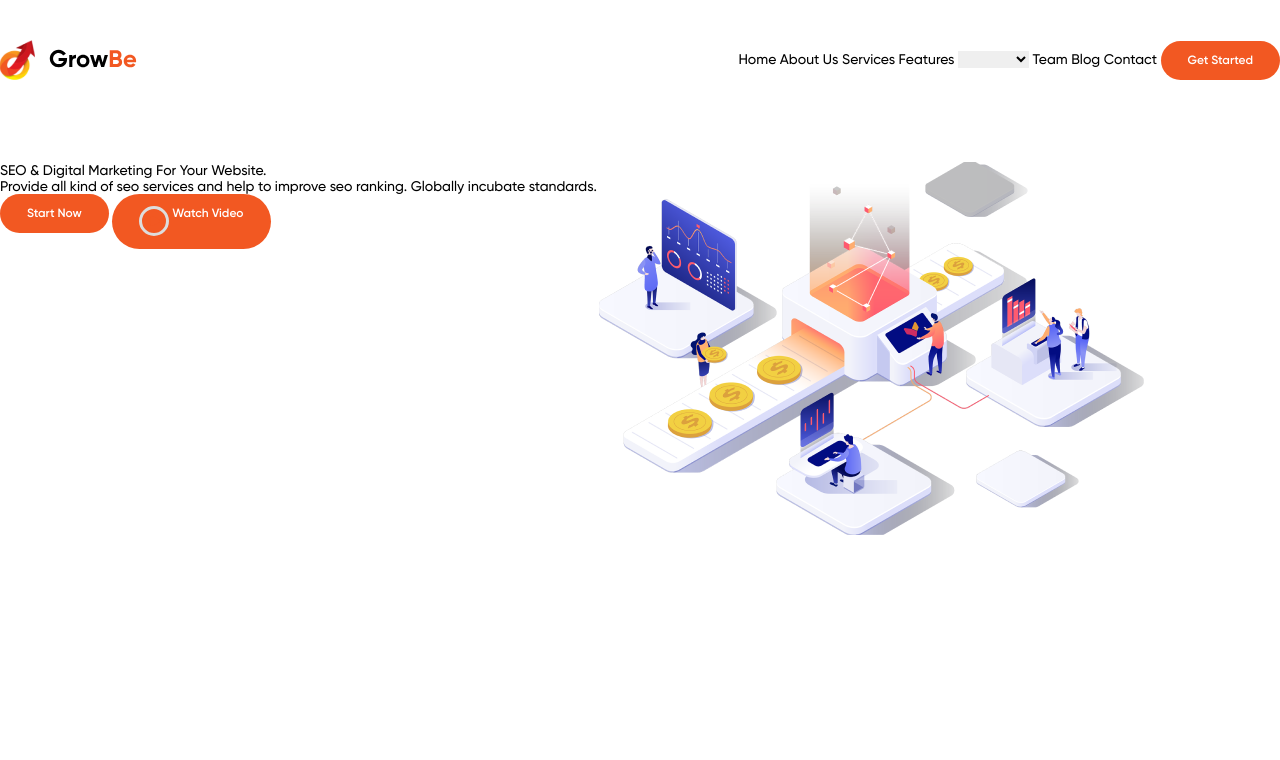
Repository: Alekseiy1980/GrowBe
Page: index.html
The author's editor kept a copy of each file at every save. The page is drawn from the files as they stood at one save, then again after the next save.
The browser window is 1280 px wide. The pictures show the whole page.

Above is the page before, as saved 2024-01-20 13:07:17.

### index.html
<!DOCTYPE html>
<html lang="en">
<head>
    <meta charset="UTF-8">
    <meta name="viewport" content="width=device-width, initial-scale=1.0">

    <link rel="stylesheet" href="css/reset.css">
    <link rel="stylesheet" href="css/style.css">
    <title>GrowBe</title>
</head>
<body>
    <header>
        <div class="menu_bar">
            <div class="logo">
                <a class="logo-link" href="#">
                    <img src="/img/Logo.svg"  />
                </a>
            </div>
            <nav>
                <a class="menu menu_activ" href="@">Home</a>
                <a class="menu" href="@"> About Us</a>
                <a class="menu" href="@">Services</a>
                <label class="menu menu_label" for="pet-select">Features</label>
                    <select name="pets" id="pet-select">
                    <option value=""></option>
                    <option value="dog">Dog</option>
                    <option value="cat">Cat</option>
                    <option value="hamster">Hamster</option>
                    <option value="parrot">Parrot</option>
                    <option value="spider">Spider</option>
                    <option value="goldfish">Goldfish</option>
                    </select>

                <a class="menu" href="@">Team</a>
                <a class="menu" href="@">Blog</a>
                <a class="menu" href="@">Contact</a>
                <button class="btn_menu" type="button">Get Started</button>
            </nav>
        </div>


        <div class="home_meta">
            <div class="nome_content">
                <div class="home_title">
                    <h1>SEO & Digital <span>Marketing</span>  For Your Website.</h1>
                </div>
            <div class="sub_title">
                <p>Provide all kind of seo services and help to improve seo ranking. Globally incubate standards.</p>
            </div>
            <div class="btn_meta">
                <button class="btn_menu" type="button">Start Now</button>
                <button class="btn_menu" type="button">
                        <img
                            src="img/play.svg"
                            alt="play"
                            />
                    Watch Video</button>
            </div>
            </div>
            <div class="home_img">
                <img src="img/home_Image.png" alt="">
            </div>
        </div>
    </header>
</body>
</html>

### css/reset.css

* {
    padding: 0;
    margin: 0;
    border: 0;
}

*,
*::before,
*::after {
    -moz-box-sizing: border-box;
    -webkit-box-sizing: border-box;
    box-sizing: border-box;
}

:focus,
:active {
    outline: none;
}

a:focus,
a:active {
    outline: none;
}

nav,
footer,
header,
aside {
    display: block;
}

html,
body {
    height: 100%;
    width: 100%;
    font-size: 100%;
    line-height: 1;
    font-size: 14px;
    -ms-text-size-adjust: 100%;
    -moz-text-size-adjust: 100%;
    -webkit-text-size-adjust: 100%;
}

input,
button,
textarea {
    font-family: inherit;
}

input::-ms-clear {
    display: none;
}

button {
    cursor: pointer;
}

button::-moz-focus-inner {
    padding: 0;
    border: 0;
}

a,
a:visited {
    text-decoration: none;
}

a:hover {
    text-decoration: none;
}

ul li {
    list-style: none;
}

img {
    vertical-align: top;
}

h1,
h2,
h3,
h4,
h5,
h6 {
    font-size: inherit;
    font-weight: 400;
}

### css/style.css
@font-face {
	font-family: 'Gilroy-Bold';
	src: url(/fonts/Gilroy-Bold.ttf);
}


@font-face {
	font-family: 'Gilroy-Medium';
	src: url(/fonts/Gilroy-Medium.ttf);
}
@font-face{
    font-family: 'Gilroy_Regular';
    src: url(/fonts/Gilroy-Regular.ttf);
}

@font-face{
    font-family: 'Gilroy-SemiBold';
    src: url(/fonts/Gilroy-SemiBold.ttf);
}
body{
    font-family: Gilroy-Medium;
    font-size: 14px;
    font-style: normal;
    font-weight: 400;
    line-height: normal;
}

header {
    max-width: 1920px;
    margin: 0 auto;
}
.menu_bar{
    display: flex;
    justify-content: space-between;
    align-items: center;
    margin-top: 40px;
    height: 40px;
}

.logo{
    width: 137px;
    height: 40px;
}

.menu{
    color: #000;
    padding-top: 11px;
    padding-bottom: 12px;

}

.menu:hover{
    color: #F25822;
    font-family: Gilroy-SemiBold;
}

.btn_menu{
    color: #FFF;
    font-family: Gilroy-SemiBold;
    font-size: 12px;
    border-radius: 30px;
    background: #F25822;
    padding:12px 27px 13px;
}

.btn_menu:hover{
    background: #f84504;
}


.home_meta{
    margin-top: 82px;
    display: flex;
}
.home_cintent{
    justify-content: center;
}


.home_ing{
    width: 544px;
}

After the next save:
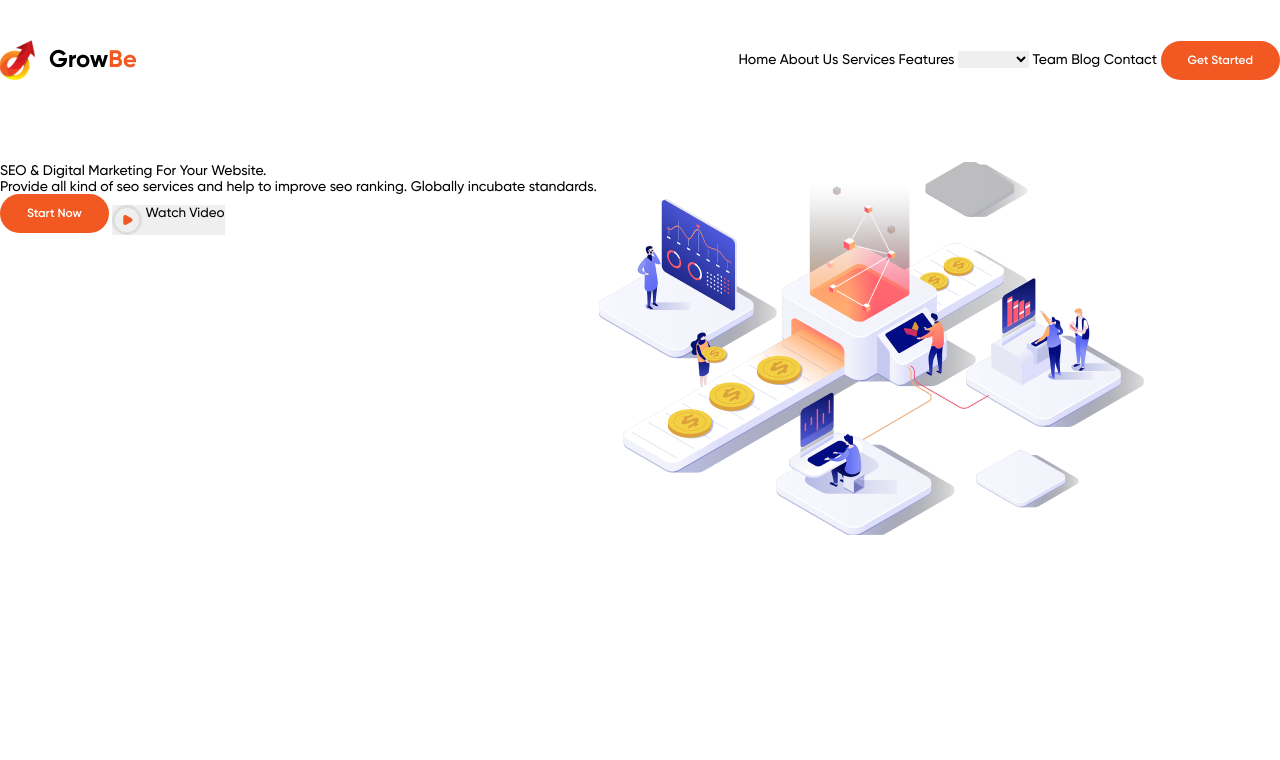
Saved 71 s later.
--- a/index.html
+++ b/index.html
@@ -49,7 +49,7 @@
             </div>
             <div class="btn_meta">
                 <button class="btn_menu" type="button">Start Now</button>
-                <button class="btn_menu" type="button">
+                <button class="btn_video" type="button">
                         <img
                             src="img/play.svg"
                             alt="play"
